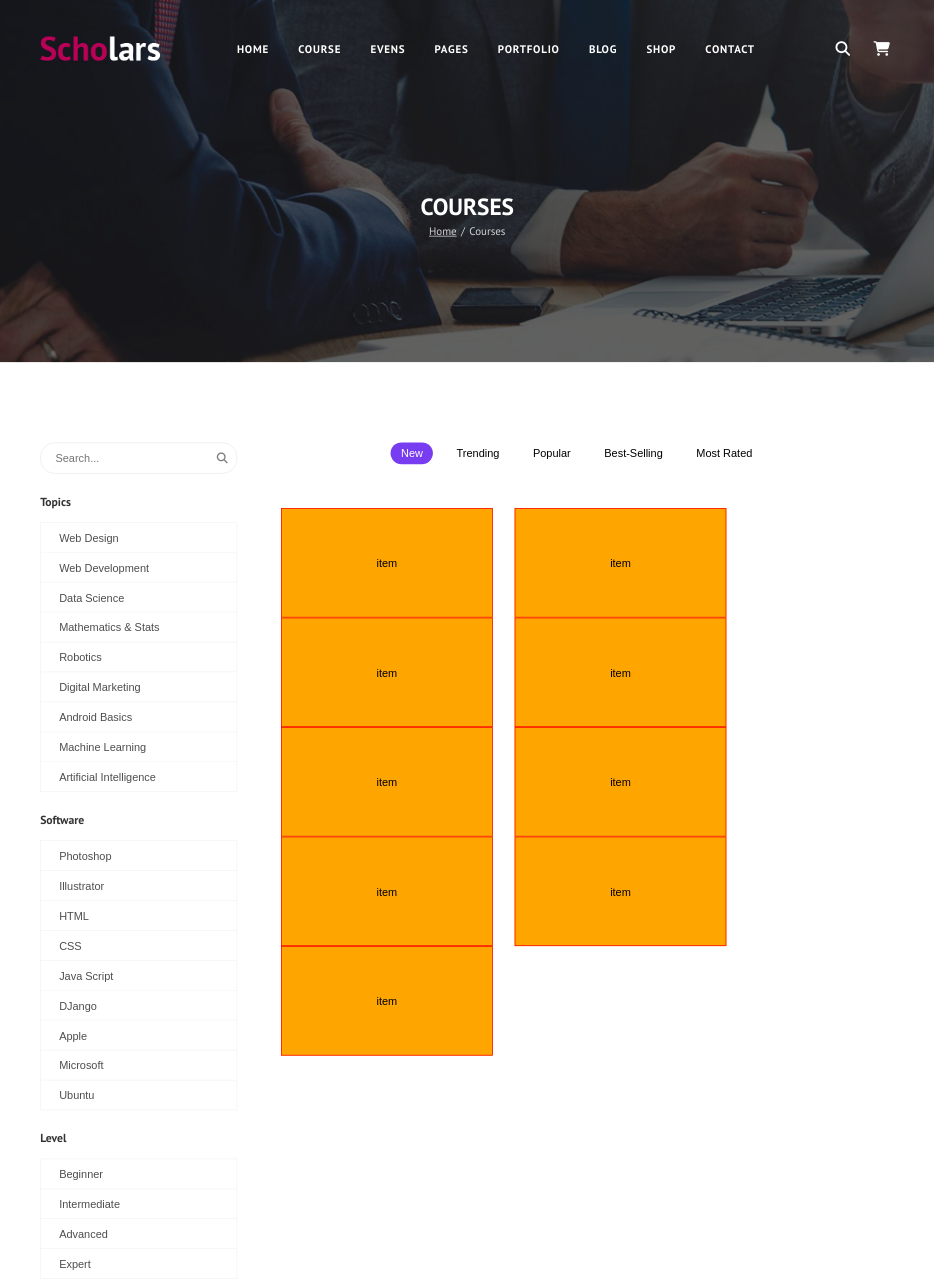
Repository: lannguyen1301/f8-zoom-day-7
Page: index.html
The author's editor kept a copy of each file at every save. The page is drawn from the files as they stood at one save, then again after the next save.
The browser window is 1280 px wide. The pictures show the whole page, at 73% of full size.
Some web fonts or font styles are not loaded; a fallback is used.

Above is the page before, as saved 2025-04-24 23:56:54.

After the next save:
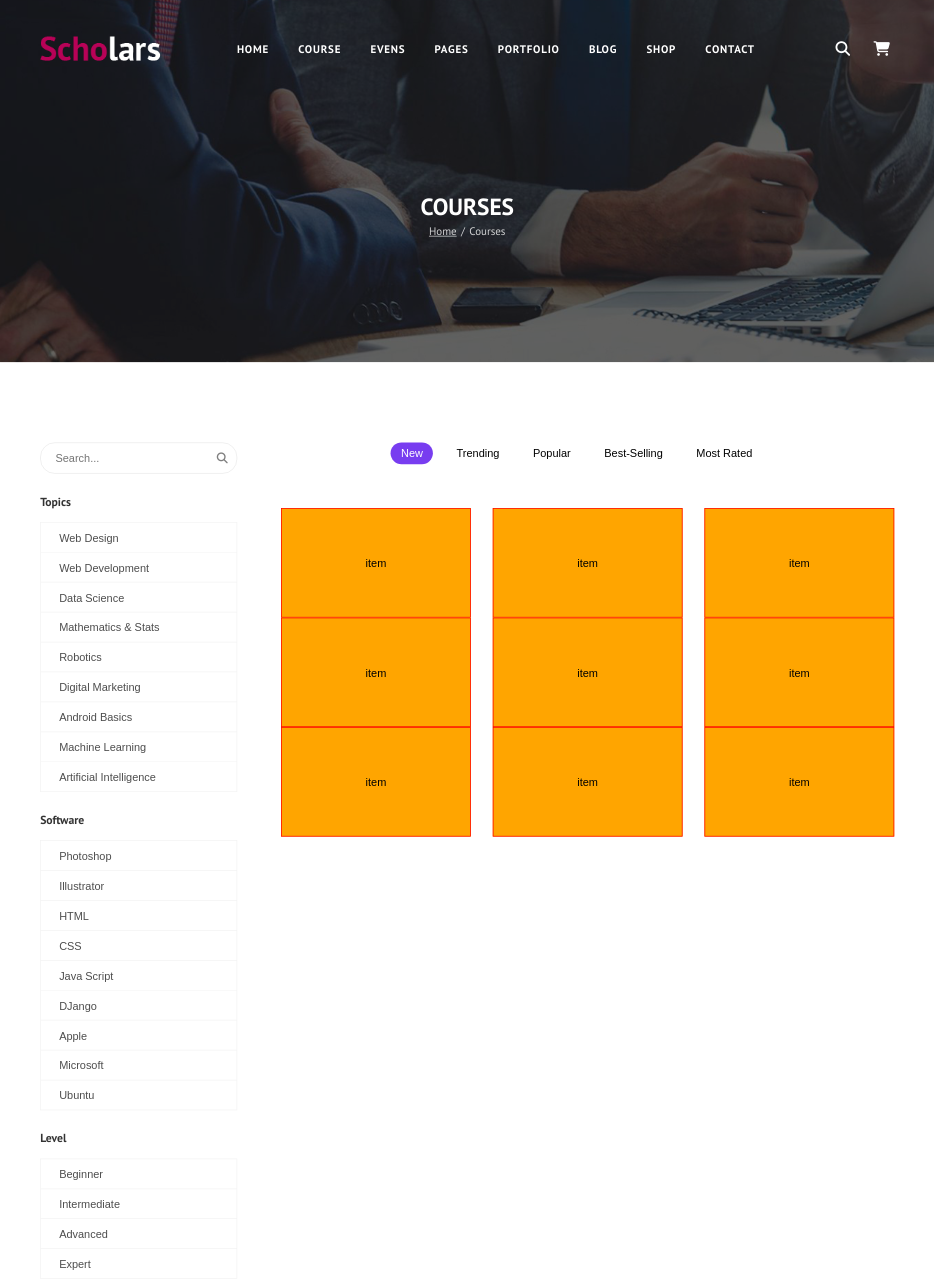
Saved 52 s later.
--- a/assets/css/style.css
+++ b/assets/css/style.css
@@ -252,7 +252,7 @@ ul.menu li + li {
     display: flex;
     align-items: center;
     justify-content: center;
-    width: 33.333%;
+    width: calc(33.333% - 30px);
     min-height: 150px;
     margin-left: 30px;
     background: orange;
